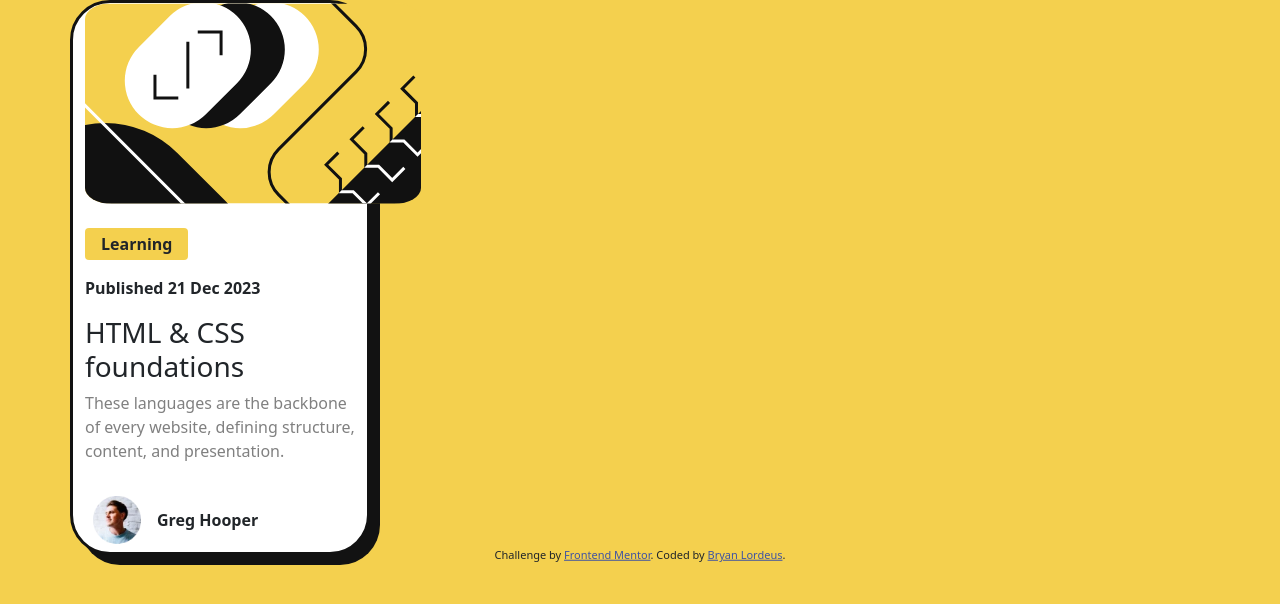
Repository: blordeus/blog-preview-card
Page: index.html
An editor plug-in stored every save of this project. The page is shown before and after a run of saves, followed by the edit.
The browser window is 1280 px wide. The pictures show the whole page.
The style sheet was rebuilt from its Sass, Less or Tailwind sources for each picture, by a compiler version that may differ from the author's.

Above is the page before, as saved 2024-02-10 11:36:08.

After the next 2 saves:
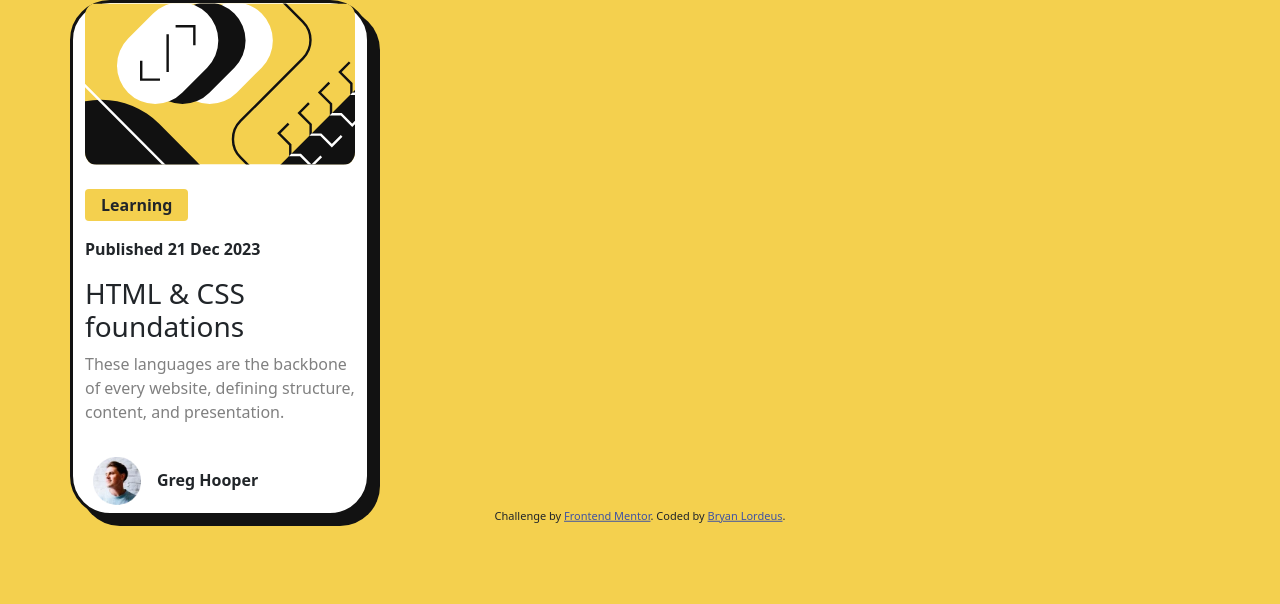
The 2 saves are shown as one change because they came seconds apart.
The last was saved 14 s later.
--- a/index.html
+++ b/index.html
@@ -12,7 +12,6 @@
 </head>
 <body class="yellow-bg container">
 <main class=" white-bg black-shadow row">
-    <div class="col ">
       <img class="img-header rounded-edges" src="assets\images\illustration-article.svg" alt="header image">
       <div class="mt-4">
         <p class="yellow-bg d-inline-block px-3 py-1 rounded fw-bold">Learning</p>
@@ -26,7 +25,6 @@
         <p class="mt-3 fw-bold">Greg Hooper</p>
       </div>
 
-    </div>
 </main>
 <div class="attribution d-none d-sm-block translate-middle-y">
     Challenge by <a href="https://www.frontendmentor.io?ref=challenge" target="_blank">Frontend Mentor</a>.
